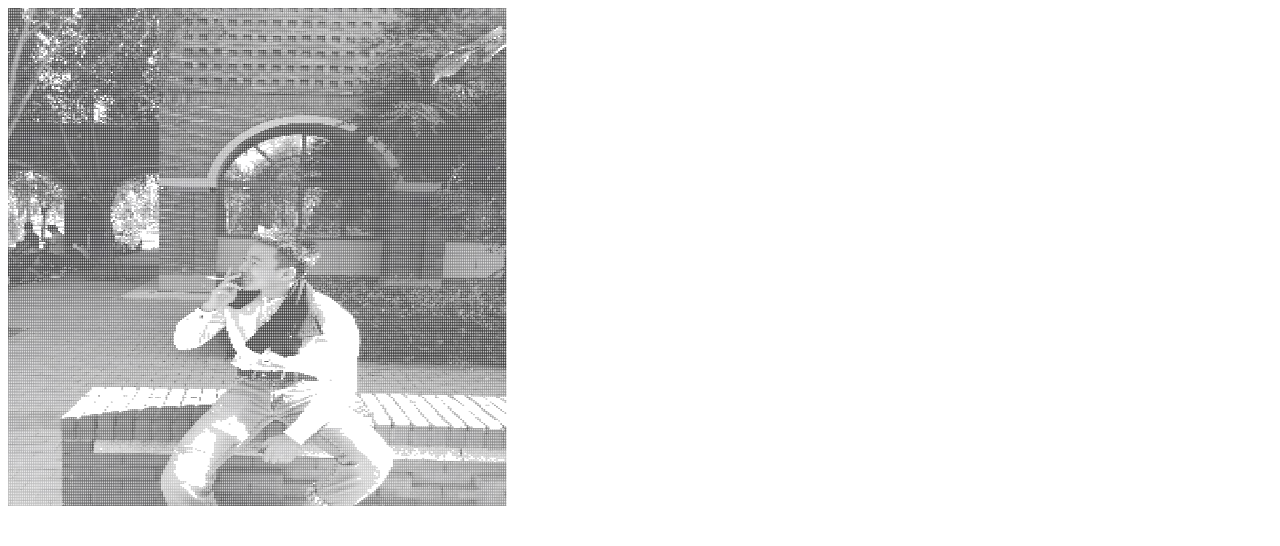
Repository: nishuiwei/nishuiwei.github.io
Page: demo_01.html
An editor plug-in stored every save of this project. The page is shown before and after the next save, followed by the edit.
The browser window is 1280 px wide. The pictures show the whole page.

Above is the page before, as saved 2019-12-19 10:14:55.

### demo_01.html
<!DOCTYPE html>
<html lang="en">

<head>
  <meta charset="UTF-8">
  <meta name="viewport" content="width=device-width, initial-scale=1.0">
  <meta http-equiv="X-UA-Compatible" content="ie=edge">
  <meta name="卫慧杰" content="w920098695@sina.cn" />
  <meta name="keywords" content="your tags" />
  <meta name="description" content="your description" />
  <meta http-equiv="X-UA-Compatible" content="ie=edge">
  <meta name="COPYRIGHT" content="卫慧杰">
  <title>Document</title>
  <style>
    #canvas {
      margin: 0;
      padding: 0;
      /* background: rgba(0, 0, 0, .8);   */
      opacity: .8;
    }
  </style>
</head>

<body>
  <canvas id="canvas" style="width: 500px; height: 500px;"></canvas>
  <script src="./demo_01.js"></script>
</body>

</html>

### demo_01.js
const canvas = document.getElementById("canvas");
const ctx = canvas.getContext("2d");

const img = document.createElement("img");
img.src = './bg1.jpg';
img.onload = () => {
  canvas.width = img.width;
  canvas.height = img.height;
  ctx.drawImage(img, 0, 0, img.width, img.height);
  const imgData = ctx.getImageData(0, 0, img.width, img.height);
  ctx.clearRect(0, 0, canvas.width, canvas.height);
  getImgData(imgData);
  drawData();
};

const dots = [];
const Dot = function(centerX, centerY, radius, fillStyle) {
  this.x = centerX;
  this.y = centerY;
  this.radius = radius;
  this.fillStyle = fillStyle;
};
Dot.prototype = {
  paint: function() {
    ctx.save();
    ctx.beginPath();
    // arc(x, y, r, startAngle, endAngle, anticlockwise) 以x,y为圆心，以r为半径，从startAngle弧度开始到endAngle弧度结束，anticlosewise是布尔值，true表示逆时针，false表示顺时针，默认是顺时针
    ctx.arc(this.x, this.y, this.radius, 0, 2 * Math.PI);
    ctx.fillStyle = this.fillStyle;
    ctx.fill();
    ctx.restore();
  }
};

function getImgData(imgData) {
  for (var x = 0; x < imgData.width; x += 4) {
    for (var y = 0; y < imgData.height; y += 4) {
      var i = (y * imgData.width + x) * 4;
      if (
        !(
          imgData.data[i] >= 200 &&
          imgData.data[i + 1] >= 200 &&
          imgData.data[i + 2] >= 200
        ) &&
        imgData.data[i + 3] >= 128
      ) {
        // 有颜色值就渲染
        var dot = new Dot(
          x - 3,
          y - 3,
          2,
          `rgba(${imgData.data[i]},${imgData.data[i + 1]},${
            imgData.data[i + 2]
          },${imgData.data[i + 3]})`
        );
        dots.push(dot);
      }
    }
  }
}
function drawData() {
  dots.forEach(function(item) {
    item.paint();
  });
}

After the next save:
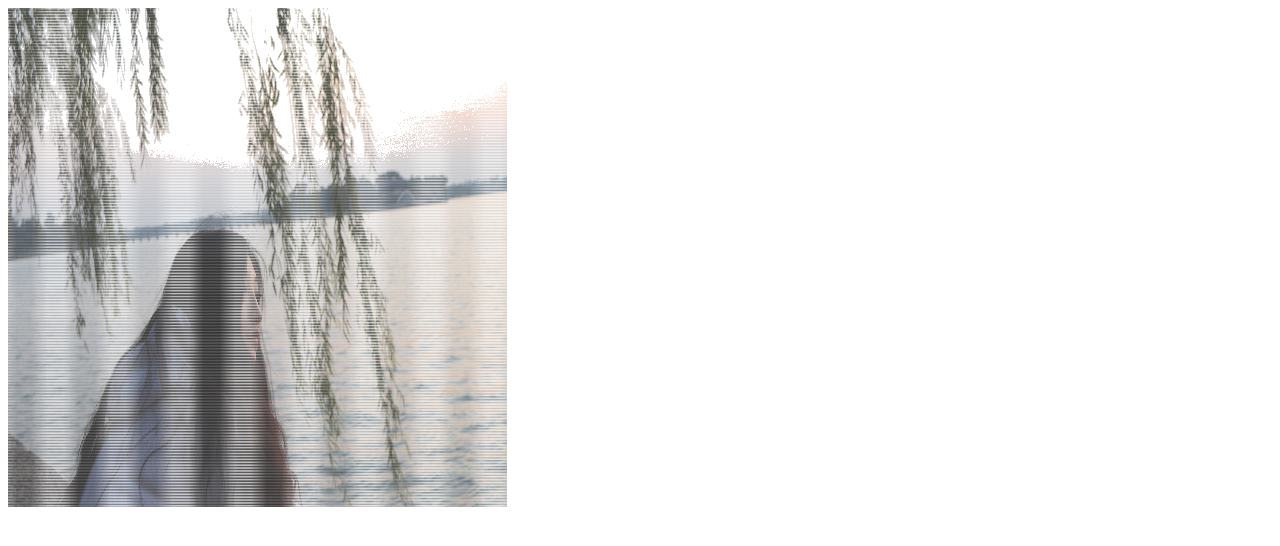
Saved 4 s later.
--- a/demo_01.js
+++ b/demo_01.js
@@ -2,7 +2,7 @@ const canvas = document.getElementById("canvas");
 const ctx = canvas.getContext("2d");
 
 const img = document.createElement("img");
-img.src = './bg1.jpg';
+img.src = './bg.jpg';
 img.onload = () => {
   canvas.width = img.width;
   canvas.height = img.height;
